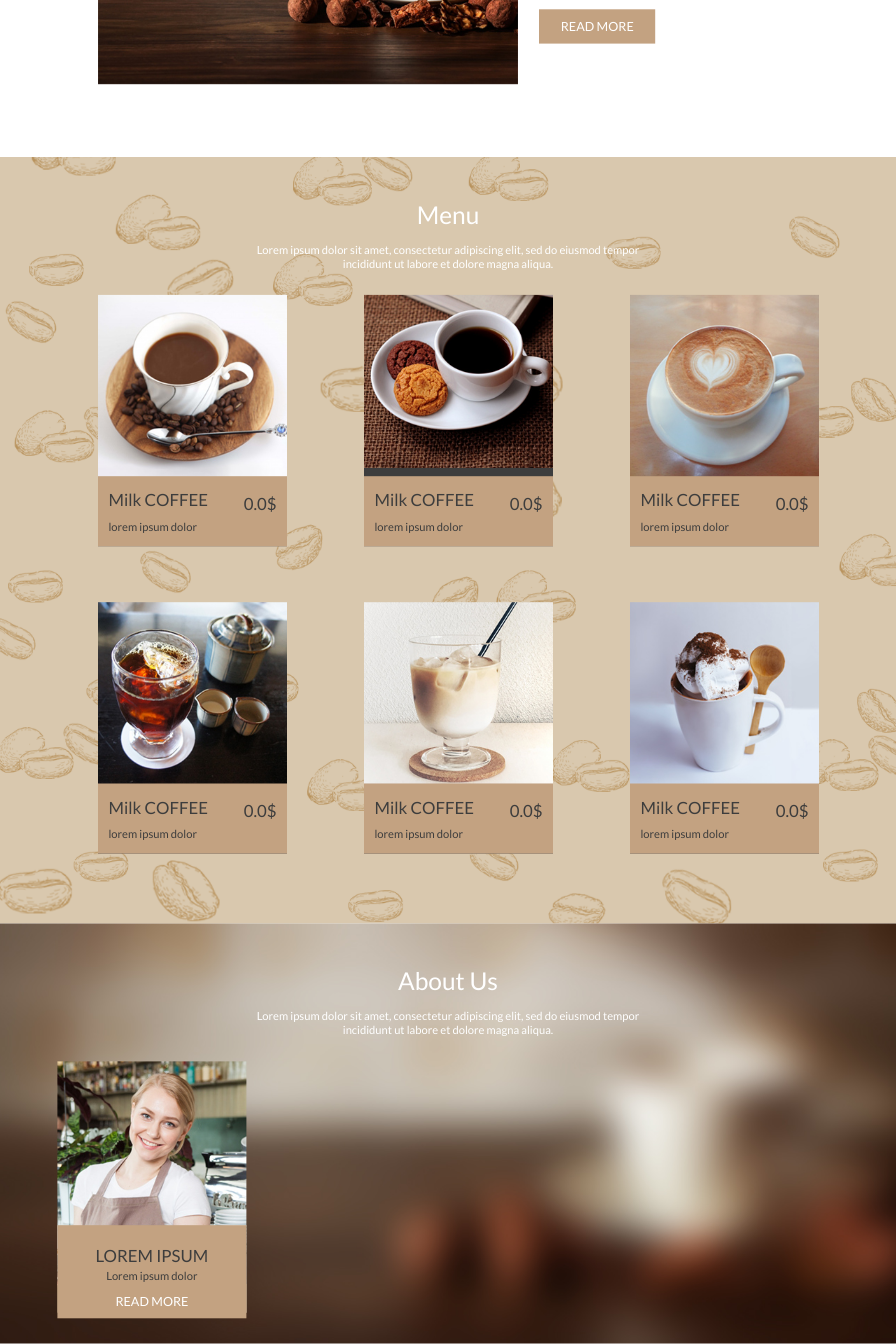
Repository: kuluong2000/coffe
Page: index.html
The author's editor kept a copy of each file at every save. The page is drawn from the files as they stood at one save, then again after the next save.
The browser window is 1280 px wide. The pictures show the part of the page from y = 1035 to 2955 px (the page is 2955 px tall), at 70% of full size.
The pointer rests on the first visible `.about-item`.

Above is the page before, as saved 2021-10-04 22:30:17.

After the next save:
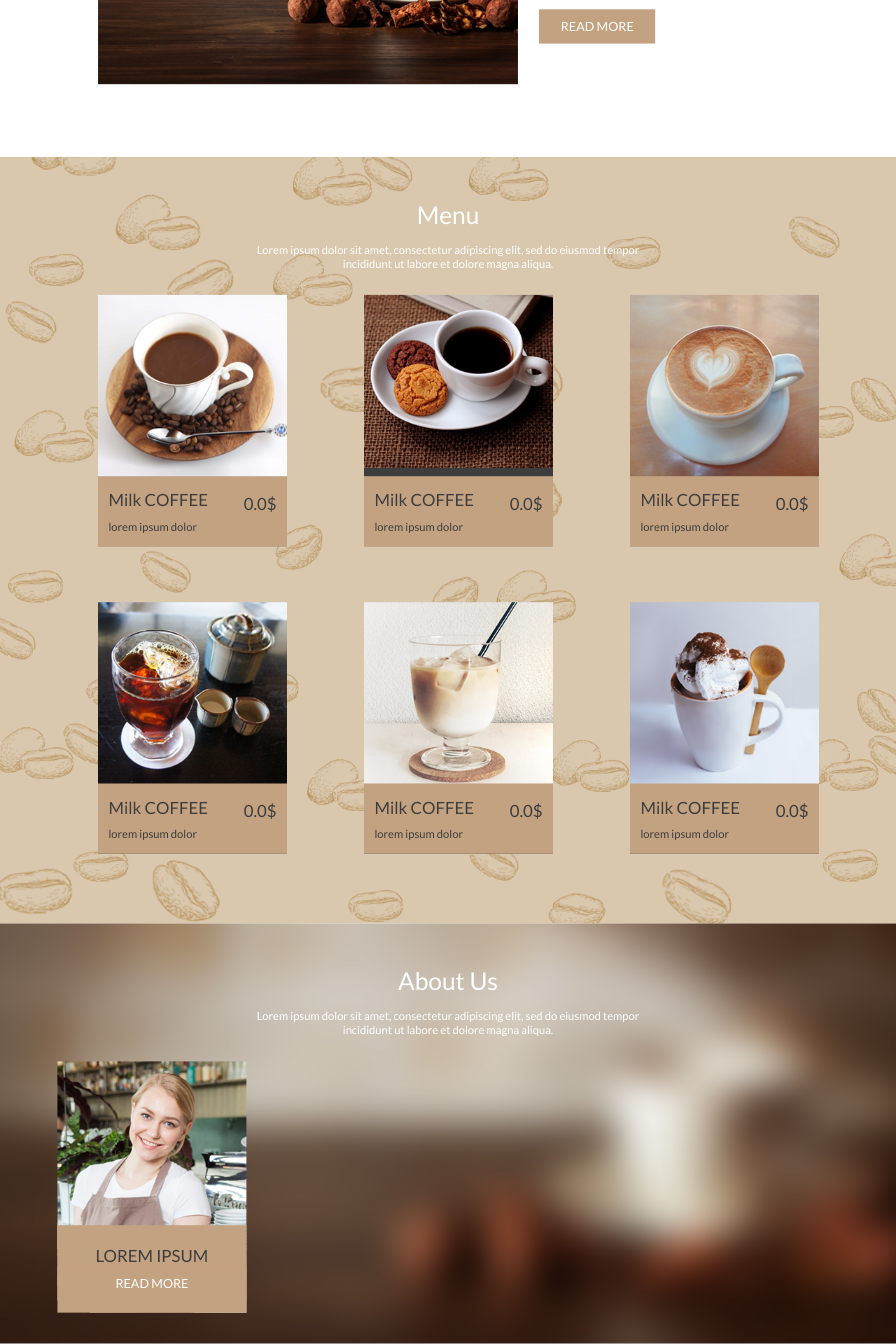
Saved 22 s later.
--- a/Assets/css/style.css
+++ b/Assets/css/style.css
@@ -264,3 +264,6 @@ body{
 .about-item:hover .about-btn{
     display: block;
 }
+.about-item:hover .about-position{
+    display: none;
+}
